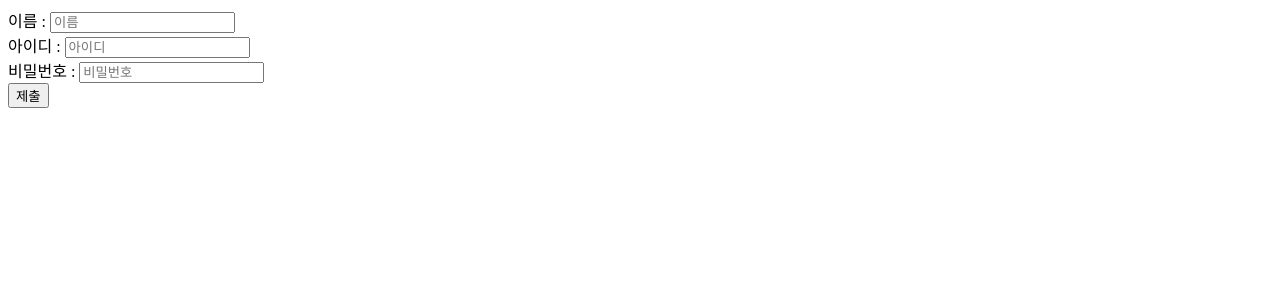
Repository: gowjd4419/jsp
Page: http://localhost/JSPBasic/jspobject/request/req_user_form.jsp
An editor plug-in stored every save of this project. The page is shown before and after the next save, followed by the edit.
The browser window is 1280 px wide. The pictures show the whole page.
The page is served by Tomcat 9.

Above is the page before, as saved 2022-03-25 10:30:10.

### JSPBasic/src/main/webapp/jspobject/request/req_user_form.jsp
<%@ page language="java" contentType="text/html; charset=UTF-8"
    pageEncoding="UTF-8"%>
<!DOCTYPE html>
<html>
<head>
<meta charset="UTF-8">
<title>Insert title here</title>
</head>
<body>
<%-- 현재 파일인 req_user_form.jsp에 폼 태그를 만들기
     목적지는 함께 req_user.jsp파일이고 post방식으로 데이터를 전달
     먼저 이름, 아이디, 비밀번호를 입력해 보낼 수 있는 input태그를 만들기
     각 태그의 name 속성은 uname,uid,upw 이다.
     데이터를 받아주는 req_user.jsp에서 한글이 깨지지 않도록 받아서 화면에 출력 --%>
 <form action = http://localhost:8181/JSPBasic/jspobject/request/req_user.jsp method="post">
      이름 : <input type = "text" name="uname" placeholder="이름"><br>
      아이디 : <input type = "text" name="uid" placeholder="아이디"><br><!-- placeholder적용시 회색으로 뭘 입력해야하는지 나옴 -->
      비밀번호 : <input type = "password" name="upw"placeholder="비밀번호"><br>
      <input type="submit" value="제출">
</body>
</html>

After the next save:
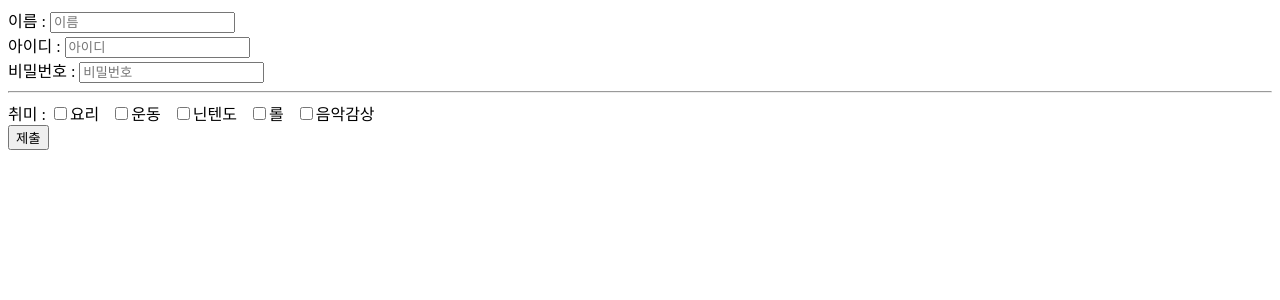
Saved 8 min 52 s later.
--- a/JSPBasic/src/main/webapp/jspobject/request/req_user_form.jsp
+++ b/JSPBasic/src/main/webapp/jspobject/request/req_user_form.jsp
@@ -16,6 +16,17 @@
       이름 : <input type = "text" name="uname" placeholder="이름"><br>
       아이디 : <input type = "text" name="uid" placeholder="아이디"><br><!-- placeholder적용시 회색으로 뭘 입력해야하는지 나옴 -->
       비밀번호 : <input type = "password" name="upw"placeholder="비밀번호"><br>
+      <hr>
+
+      취미 :
+      <input type = "checkbox" name="hobby">요리 &nbsp;
+      <input type = "checkbox" name="hobby">운동 &nbsp;
+      <input type = "checkbox" name="hobby">닌텐도 &nbsp;
+      <input type = "checkbox" name="hobby">롤 &nbsp;
+      <input type = "checkbox" name="hobby">음악감상 &nbsp;
+      <br>
+
+
       <input type="submit" value="제출">
 </body>
 </html>
